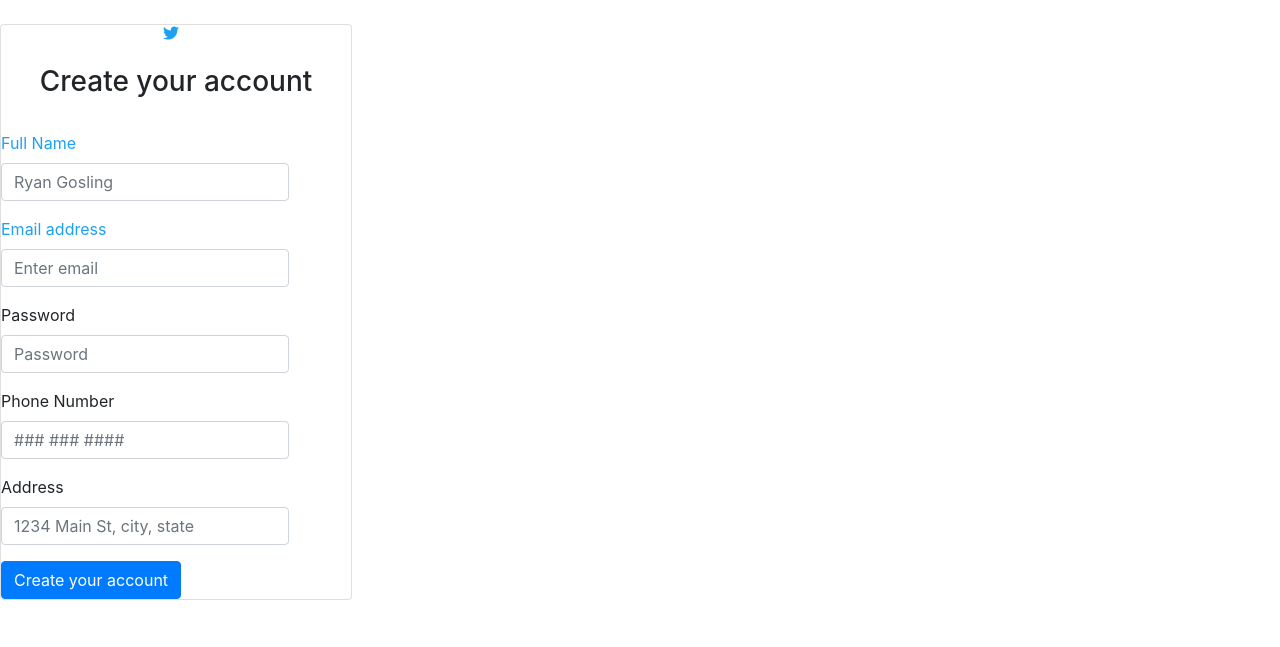
Repository: kavyashree088/AAKKS
Page: /Signup (app in Frontend/)
These files come from the project's save history. The page is drawn as it stood at one moment and after the next save; the edit follows.
The browser window is 1280 px wide. The pictures show the whole page.
Some web libraries are served in a nearby version. The project was rebuilt for these pictures with package versions that can differ from the ones it lists, and the page was loaded fresh each time. Also part of the build but not shown: Frontend/src/CSS/navbar.css, Frontend/src/Components/Home.js, Frontend/src/CSS/LandingPage.css, Frontend/src/Components/LandingPage/LandingPage.js.

Above is the page before, as saved 2019-11-16 14:48:07.

After the next save:
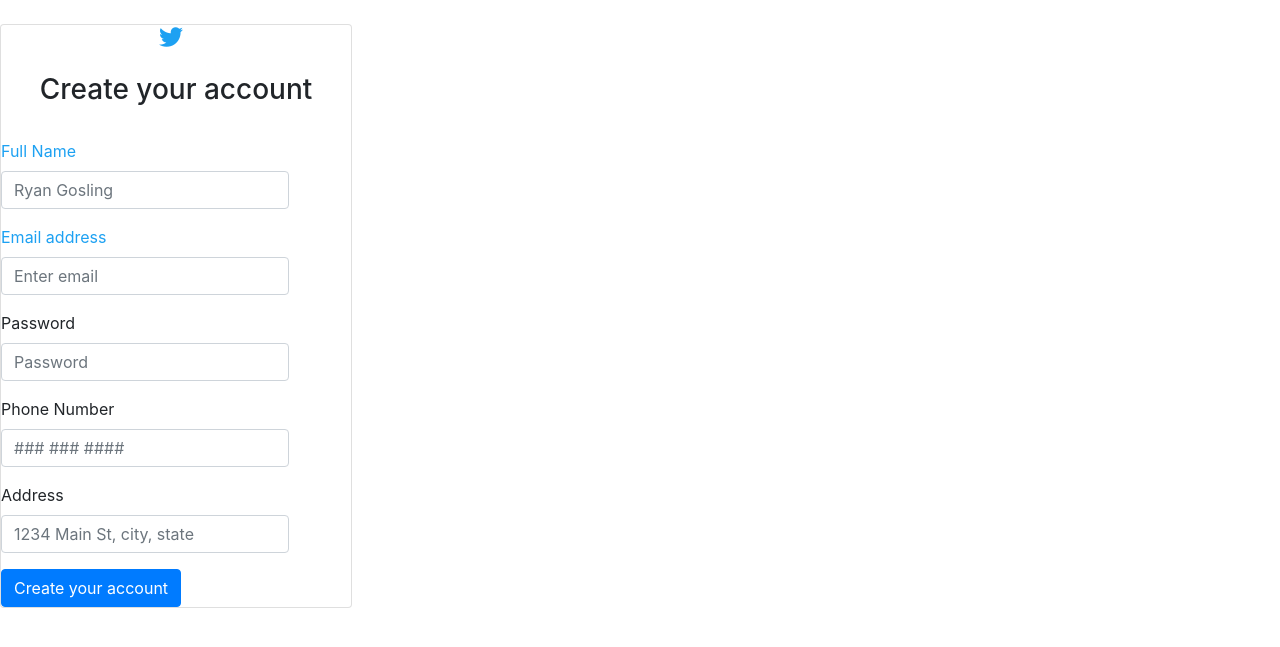
Saved 9 s later.
--- a/Frontend/src/Components/LandingPage/Signup.js
+++ b/Frontend/src/Components/LandingPage/Signup.js
@@ -116,7 +116,7 @@
 
                     <span className="fab fa-twitter" style={{
                         marginRight: "10px",
-                        fontSize: "1rem",
+                        fontSize: "1.5rem",
                         color: "rgba(29,161,242,1.00)"
                     }}></span>
                     <br></br>
